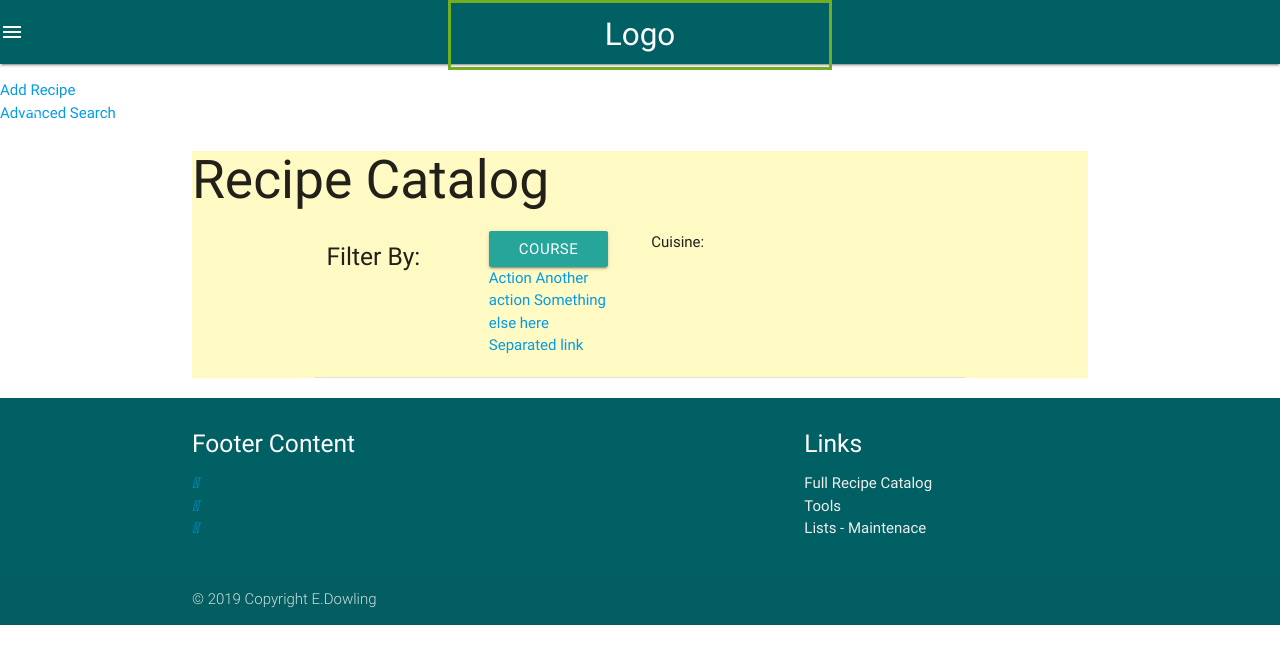
Repository: eldowling/lets-cook-together
Page: http://localhost/
The author's editor kept a record of every edit. The page is drawn from the files as they stood at one moment, then again after the next edit.
The browser window is 1280 px wide. The pictures show the whole page.
Some web libraries are served in a nearby version. The page is served by the project's application, run on Flask 3 (app.py). Queries for data that is not in the repository find no rows.

Above is the page before.
Console error: TypeError: $(...).sidenav is not a function

### templates/catalog.html
{% extends 'base.html'%} {% block content %}
<h2>Recipe Catalog</h2>
<div class="container">
  <div class="row">
    <div class="col s3">
      <h5>Filter By:</h5>
    </div>
    <div class="col s3">
      <!-- Example single danger button -->
<div class="btn-group">
  <button type="button" class="btn btn-primary dropdown-toggle" data-toggle="dropdown" aria-haspopup="true" aria-expanded="false">
    Course
  </button>
  <div class="dropdown-menu">
    <a class="dropdown-item" href="#">Action</a>
    <a class="dropdown-item" href="#">Another action</a>
    <a class="dropdown-item" href="#">Something else here</a>
    <div class="dropdown-divider"></div>
    <a class="dropdown-item" href="#">Separated link</a>
  </div>
</div>
    </div>
    <div class="col s3">
      Cuisine:
    </div>
  </div>
</div>

<div class="container yellow lighten-4">
  <div class = "row">
    <div class="col s12 divider"></div>
  </div>
  {% for recipe in recipes %}
    <div class="row">
      <div class="col s6">
        <div class="section">
          <h4>{{recipe.title}}</h4>
        </div>
      </div>
    </div>
    <div class="row">
      <div class="col s6 offset-s2">
        {{recipe.description}}
      </div>
      <div class="col s3">
        <strong>Rating: </strong> {{recipe.rating}}
      </div>
    </div>
  {% endfor %}
</div>

{% endblock %}

### templates/base.html
<!DOCTYPE html>
<html>

<head>
    <link href="https://fonts.googleapis.com/icon?family=Material+Icons" rel="stylesheet">
    <link rel="stylesheet" href="https://cdnjs.cloudflare.com/ajax/libs/materialize/0.100.2/css/materialize.min.css">
    <link rel="stylesheet" href="https://maxcdn.bootstrapcdn.com/font-awesome/4.7.0/css/font-awesome.min.css" type="text/css" />
    <link rel="stylesheet" href="{{ url_for('static', filename='css/style.css') }}" type="text/css" />
</head>

<body>
    <header>
        <!-- Dropdown Structure -->
        <ul id="dropdown1" class="dropdown-content">
            <li><a href="#!">one</a></li>
            <li><a href="#!">two</a></li>
            <li class="divider"></li>
            <li><a href="#!">three</a></li>
        </ul>

        <nav>
            <div class="nav-wrapper cyan darken-4">

                <form>
                    <a href="#" class="brand-logo center">Logo</a>
                    <a href="#" data-target="mobile-demo" class="sidenav-trigger"><i class="material-icons">menu</i></a>
                    <div class="input-field inline ">
                        <input id="search" type="search" required>
                        <label class="label-icon" for="search"><i class="material-icons">search</i></label>
                        <i class="material-icons">close</i>
                    </div>
                    <ul id="nav-mobile" class="right hide-on-med-and-down">
                        <li><a href="addedit-recipe.html">Add Recipe</a></li>
                        <li><a class="dropdown-trigger" href="#!" data-target="dropdown1">Advanced Search<i class="material-icons right">arrow_drop_down</i></a></li>
                    </ul>

                </form>

            </div>
        </nav>

        <ul class="sidenav" id="mobile-demo">
            <li><a href="addedit-recipe.html">Add Recipe</a></li>
            <li><a href="badges.html">Advanced Search</a></li>
        </ul>


    </header>

    <div class="container yellow lighten-4">
        {% block content %} {% endblock %}
    </div>

    <footer class="page-footer cyan darken-4">
        <div class="container">
            <div class="row">
                <div class="col l6 s12">
                    <h5 class="white-text">Footer Content</h5>
                    <ul class="grey-text text-lighten-4">
                        <li></li><a href="facebook.html"><i class="fab fa-facebook text-lighten-4"></i></a>
                        <li></li><a href="twitter.html"><i class="fab fa-twitter-square"></i></a>
                        <li></li><a href="instagram.html"><i class="fab fa-instagram"></i></a>
                    </ul>
                </div>
                <div class="col l4 offset-l2 s12">
                    <h5 class="white-text">Links</h5>
                    <ul>
                        <li><a class="grey-text text-lighten-3" href="{{url_for('get_catalog')}}">Full Recipe Catalog</a></li>
                        <li><a class="grey-text text-lighten-3" href="tools.html">Tools</a></li>
                        <li><a class="grey-text text-lighten-3" href="maintenance.html">Lists - Maintenace</a></li>
                    </ul>
                </div>
            </div>
        </div>
        <div class="footer-copyright">
            <div class="container">
                © 2019 Copyright E.Dowling
            </div>
        </div>
    </footer>

    <script src="https://cdnjs.cloudflare.com/ajax/libs/jquery/3.2.1/jquery.min.js"></script>
    <script src="https://cdnjs.cloudflare.com/ajax/libs/materialize/0.100.2/js/materialize.min.js"></script>
    <script type="text/javascript">
        $(document).ready(function() {
            $('.collapsible').collapsible();
            $('select').material_select();
            $(".button-collapse").sideNav();
            $(".dropdown-trigger").dropdown();
            $('.sidenav').sidenav();
        });

    </script>
</body>
</html>

### app.py
import os
from flask import Flask, render_template, redirect, request, url_for
from flask_pymongo import PyMongo
from bson.objectid import ObjectId

app = Flask(__name__)
app.config["MONGO_DBNAME"] = 'recipie_catalog'
app.config["MONGO_URI"] = 'mongodb+srv://root:r00tUser@myfirstcluster-pwjgy.mongodb.net/recipie_catalog?retryWrites=true&w=majority'
#app.config["MONGO_URI"] = os.getenv('MONGO_URI', 'mongodb://localhost')

mongo = PyMongo(app)


@app.route('/')
@app.route('/get_catalog')
def get_catalog():
    return render_template("catalog.html", recipes=mongo.db.recipes.find())


if __name__ == '__main__':
    app.run(host=os.environ.get('IP'),
            port=int(os.environ.get('PORT')),
            debug=True)

### static/css/style.css
.main-img {
  display: inline-block;
  vertical-align: middle;
  max-height: auto;
  max-width: 230px;
}

.center {
  margin: auto;
  min-width: 250px;
  width: 30%;
  border: 3px solid #73AD21;
  padding: 10px;
}

After the next edit:
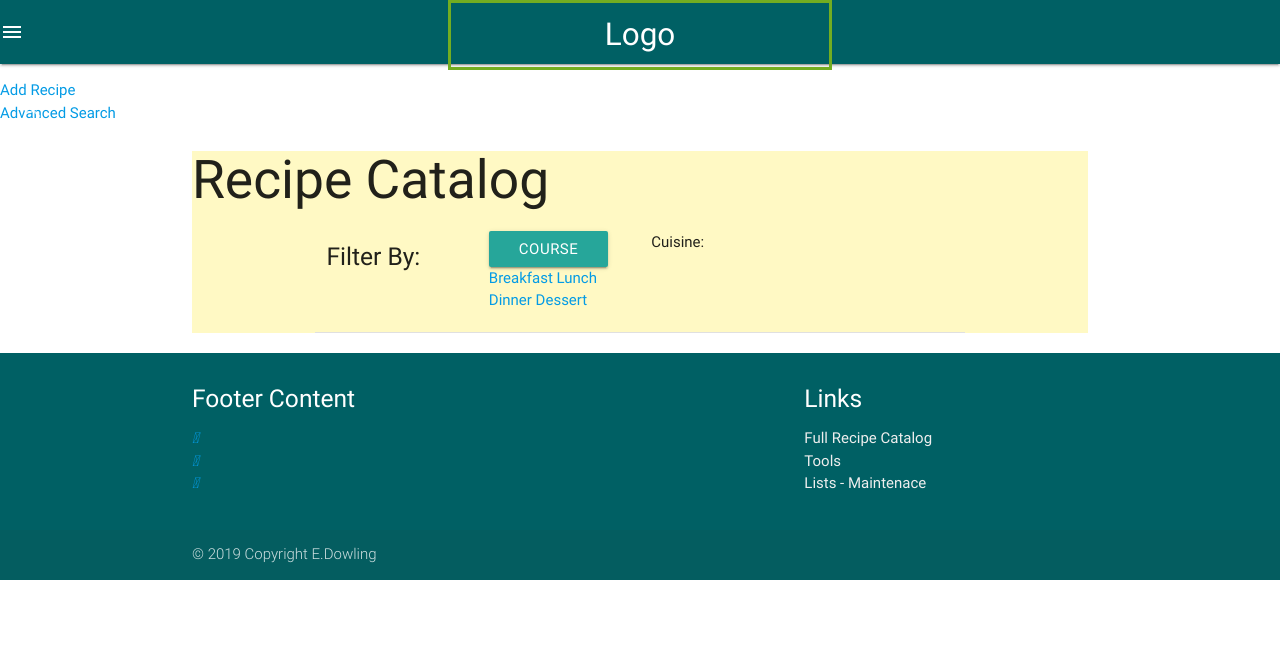
The edit:
--- a/templates/catalog.html
+++ b/templates/catalog.html
@@ -12,11 +12,10 @@
     Course
   </button>
   <div class="dropdown-menu">
-    <a class="dropdown-item" href="#">Action</a>
-    <a class="dropdown-item" href="#">Another action</a>
-    <a class="dropdown-item" href="#">Something else here</a>
-    <div class="dropdown-divider"></div>
-    <a class="dropdown-item" href="#">Separated link</a>
+    <a class="dropdown-item" href="#">Breakfast</a>
+    <a class="dropdown-item" href="#">Lunch</a>
+    <a class="dropdown-item" href="#">Dinner</a>
+    <a class="dropdown-item" href="#">Dessert</a>
   </div>
 </div>
     </div>
